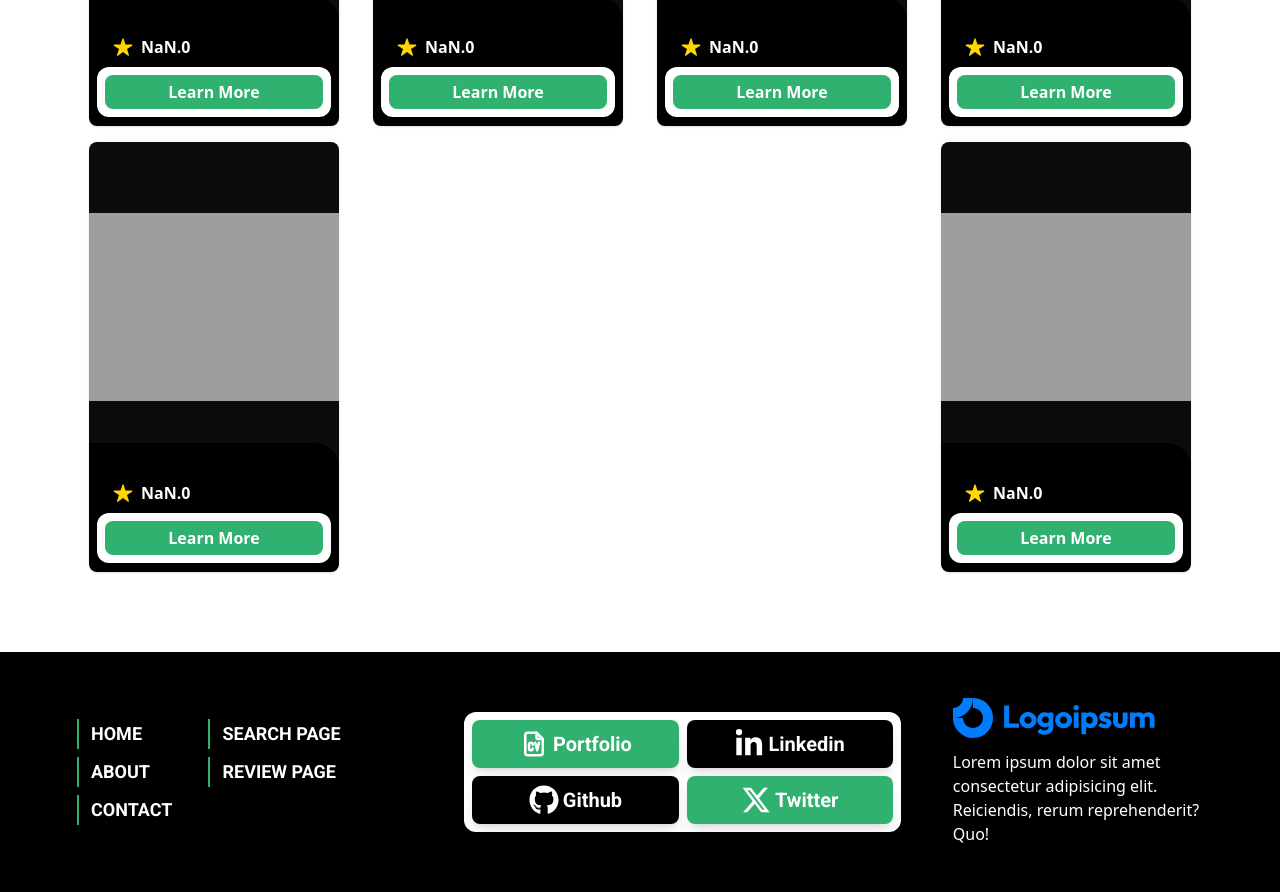
Repository: jayantatech/FrameFlick
Page: /movies
These files come from the project's save history. The page is drawn as it stood at one moment and after the next save; the edit follows.
The browser window is 1280 px wide. The pictures show the part of the page from y = 1096 to 2048 px (the page is 1988 px tall before and 2048 px after).
Pictures or frames that could not be fetched are drawn as grey boxes. The page's requests for data from a server got no answer. The project was rebuilt for these pictures with package versions that can differ from the ones it lists, and the page was loaded fresh each time. No one was signed in, and anything a server would have sent is missing. Also part of the build but not shown: vite.config.js, src/components/header/SearchBar.jsx, src/components/sliderComponent/button.css, src/components/sliderComponent/SliderComponent.jsx, src/pages/home/comingAttractions/ComingAttractions.jsx, src/pages/home/currentFavorites/CurrentFavorites.jsx, src/pages/home/movieGenres/MovieGenres.jsx, src/components/responsiveTitle/responsiveTitle.jsx and 11 more.

Above is the page before, as saved 2024-02-13 18:58:45.

### index.html
<!doctype html>
<html lang="en">

<head>
  <meta charset="UTF-8" />
  <link rel="icon" type="image/svg+xml" href="/vite.svg" />
  <meta name="viewport" content="width=device-width, initial-scale=1.0" />
  <link
    href="https://fonts.googleapis.com/css?family=Roboto:100,100italic,300,300italic,regular,italic,500,500italic,700,700italic,900,900italic"
    rel="stylesheet" />
  <link
    href="https://fonts.googleapis.com/css?family=Poppins:100,100italic,200,200italic,300,300italic,regular,italic,500,500italic,600,600italic,700,700italic,800,800italic,900,900italic"
    rel="stylesheet" />
  <title>Vite + React</title>
</head>

<body>
  <div id="root"></div>
  <script type="module" src="/src/main.jsx"></script>
</body>

</html>

### src/main.jsx
import React from "react";
import ReactDOM from "react-dom/client";
import App from "./App.jsx";
import "./index.css";
import { Provider } from "react-redux";
import store from "./store/Store.js";

ReactDOM.createRoot(document.getElementById("root")).render(
  <React.StrictMode>
    <Provider store={store}>
      <App />
    </Provider>
  </React.StrictMode>
);

### src/App.jsx
import React, { useEffect } from "react";
import ContentWrapper from "./components/contentWrapper/ContentWrapper";
import Header from "./components/header/Header";
import SearchBar from "./components/header/SearchBar";
import { fetchDataFromApi } from "./Utils/api";
import { useDispatch, useSelector } from "react-redux";
import { setFilmGenres, setUrl } from "./store/HomeSlice";
import Home from "./pages/home/Home";
import fetchData from "./components/hooks/fetchData";
import VideoPopBox from "./components/videoPopBox/VideoPopBox";
import Footer from "./components/footer/Footer";
import ReviewPage from "./pages/reviewPage/ReviewPage";
import { BrowserRouter, Route, Routes } from "react-router-dom";
import MoviePage from "./pages/moviePage/MoviePage";

/*
main green color - #58DAA8
2nd main color - #30b170
light green color - #E6FFF8
deep Green color - #409E7A
deep Green color 2 - #5EBEA3

*/

const App = () => {
  const { data, loading } = fetchData("configuration");

  const dispatch = useDispatch();
  useEffect(() => {
    dispatch(setUrl(`${data?.images.secure_base_url + "original"}`));
  }, [data]);

  const { data: genresData, loading: genresLoading } = fetchData(
    `genre/movie/list?language=en`
  );
  useEffect(() => {
    dispatch(setFilmGenres(genresData && genresData?.genres));
  }, [genresData]);

  return (
    <BrowserRouter>
      <VideoPopBox />
      <Header />
      <Routes>
        <Route path="/" element={<Home />} />
        <Route path="/review/:film/:id" element={<ReviewPage />} />
        <Route path="/movies" element={<MoviePage />} />
      </Routes>
      {/* <div className=" w-full h-[800px]"></div> */}
      <Footer />
    </BrowserRouter>
  );
};

export default App;

### src/components/contentWrapper/ContentWrapper.jsx
import React from "react";

const ContentWrapper = ({ children }) => {
  return <div className="w-full max-w-[1158px] mx-auto px-4">{children}</div>;
};

export default ContentWrapper;

### src/components/hooks/fetchData.jsx
import React, { useEffect, useState } from "react";
import { fetchDataFromApi } from "../../Utils/api";

const fetchData = (url) => {
  const [data, setData] = useState(null);
  const [loading, setLoading] = useState(null);
  const [error, setError] = useState(null);

  useEffect(() => {
    setLoading(true);
    setData(null);
    setError(null);
    fetchDataFromApi(url)
      .then((res) => {
        if (res?.status === 404) {
          throw new Error("Videos not found for this video");
        } else {
          return res.json();
        }
      })
      .then((data) => {
        setLoading(false);
        setData(data);
      })
      .catch((error) => setError("Something went wrong"));
  }, [url]);

  return { data, loading, error };
};

export default fetchData;

### src/components/videoPopBox/VideoPopBox.jsx
import React, { useEffect, useState } from "react";
import { IoClose } from "react-icons/io5";
import { useDispatch, useSelector } from "react-redux";
import { setVideoPopBox } from "../../store/HomeSlice";
import ReactPlayer from "react-player";

const VideoPopBox = () => {
  const [activeVideo, setActiveVideo] = useState(false);
  const [videoInfo, setVideoInfo] = useState([]);
  const dispatch = useDispatch();
  const { vidboxOn, vidBoxInfo } = useSelector(
    (state) => state.home.VideoPopBox
  );
  useEffect(() => {
    if (vidboxOn) setActiveVideo(vidboxOn);
    if (vidBoxInfo) setVideoInfo(vidBoxInfo);
  }, [vidboxOn, vidBoxInfo]);

  // useEffect(() => {
  //   if (activeVideo) {
  //     document.body.style.overflow = "hidden";
  //   } else {
  //     document.body.style.overflow = "auto";
  //   }
  // }, [activeVideo]);

  function hideVideoBox() {
    dispatch(setVideoPopBox([{ vidBoxOnPass: false, vidBoxInfoPass: {} }]));
    setActiveVideo(false);
  }

  return (
    <div
      className={` fixed w-screen h-screen top-0 left-0 ${
        activeVideo ? "block z-40" : "hidden -z-0"
      }`}
    >
      <div
        className={` relative top-0 left-0 min-h-screen min-w-screen flex items-center justify-center overflow-hidden`}
      >
        <div
          className=" absolute top-0 left-0 w-full h-full bg-[#000000af]"
          onClick={hideVideoBox}
        ></div>
        <div
          className={`w-[840px] h-[540px] max-lg:w-[660px] max-lg:h-[440px] max-md:w-[360px] max-md:h-[240px] bg-[#fff] shadow-xl rounded-xl py-4 px-4 relative transition-all duration-300 ${
            activeVideo ? "translate-y-[0%]" : "translate-y-[150%]"
          }`}
        >
          <div
            className=" w-[50px] h-[50px] bg-[#30B170] hover:bg-[#58DAA8] text-black hover:text-gray-600  absolute -top-5 -right-5 rounded-full flex items-center justify-center text-4xl cursor-pointer"
            onClick={hideVideoBox}
          >
            <IoClose />
          </div>
          <div className=" w-full h-full bg-black">
            {videoInfo && (
              <ReactPlayer
                url={`https://www.youtube.com/watch?v=${videoInfo?.key}`}
                width={"100%"}
                height={"100%"}
              />
            )}
          </div>
        </div>
      </div>
    </div>
  );
};

export default VideoPopBox;

### src/pages/moviePage/MoviePage.jsx
import React from "react";
import HeroMovie from "./heroMovie/HeroMovie";
import AllMovies from "./allMovies/AllMovies";

const MoviePage = () => {
  return (
    <div>
      <HeroMovie />
      <AllMovies />
    </div>
  );
};

export default MoviePage;

### src/pages/moviePage/heroMovie/HeroMovie.jsx
import React, { useEffect, useState } from "react";
import MyImage from "../../../components/myImage/MyImage";
import fetchData from "../../../components/hooks/fetchData";
import { useSelector } from "react-redux";
import MovieHeroInfo from "../../../components/movieHeroInfo/MovieHeroInfo";

const HeroMovie = () => {
  const [storeGen, setStoreGen] = useState([]);
  const [filmInfo, setFilmInfo] = useState([]);
  const [storeRendom, setStoreRendom] = useState(null);
  const { data, loading } = fetchData(`trending/movie/week`);
  const { url, filmGenres } = useSelector((state) => state.home);

  useEffect(() => {
    let rendomData;
    if (data?.results) {
      const genRanNum = Math.floor(Math.random() * 19);
      rendomData = data?.results[genRanNum];
      setStoreRendom(rendomData);
      console.log(data);
    }
  }, [data]);

  // let testData = storeRendom && storeRendom;
  let movieHeroData = storeRendom && storeRendom;
  useEffect(() => {
    let storeGenNum = [];
    if (movieHeroData) {
      filmGenres?.forEach((element) => {
        if (movieHeroData?.genre_ids.includes(element?.id)) {
          storeGenNum.push(element);
        }
      });
    }
    setStoreGen(storeGenNum);
  }, [filmGenres, movieHeroData]);
  console.log(storeGen);
  return (
    <div className=" w-full h-[590px] max-md:h-[670px] bg-black relative">
      <div className=" w-full h-full bg-[#0000005d] absolute top-0 left-0 z-10"></div>
      <div className=" overflow-hidden w-full h-full absolute top-0 left-0 z-0 ">
        <MyImage
          src={`${url}${!loading && movieHeroData?.backdrop_path}`}
          className={"max-lg:scale-150 max-md:scale-[4]"}
        />
      </div>
      <MovieHeroInfo movieHeroData={movieHeroData} storeGen={storeGen} />
    </div>
  );
};

export default HeroMovie;

### src/pages/moviePage/allMovies/AllMovies.jsx
import React from "react";
import ContentWrapper from "../../../components/contentWrapper/ContentWrapper";
import FilmCard from "../../../components/filmCard/FilmCard";

const AllMovies = () => {
  return (
    <div>
      <ContentWrapper>
        <div className=" py-[60px] px-3">
          <div className=" py-3">
            <h2 className=" capitalize text-3xl font-[Roboto] font-bold">
              our Movie suggestions
            </h2>
          </div>
          <div className=" w-full h-auto flex py-5 flex-row flex-wrap gap-4 items-center justify-between">
            <FilmCard />
            <FilmCard />
            <FilmCard />
            <FilmCard />
            <FilmCard />
            <FilmCard />
          </div>
        </div>
      </ContentWrapper>
    </div>
  );
};

export default AllMovies;

### src/components/myImage/MyImage.jsx
import React from "react";
import { LazyLoadImage } from "react-lazy-load-image-component";
import "react-lazy-load-image-component/src/effects/blur.css";

const MyImage = ({ src, className, alt }) => (
  <div className=" w-full min-h-full flex items-center justify-center overflow-hidden bg-contain">
    <LazyLoadImage
      alt={alt ? alt : "Frameflick"}
      src={src}
      effect="blur"
      width={"100%"}
      height={"100%"}
      className={`${className}`}
    />
  </div>
);

export default MyImage;

### src/components/movieHeroInfo/MovieHeroInfo.jsx
import React, { useEffect, useState } from "react";
import { IoIosStar } from "react-icons/io";
import ContentWrapper from "../contentWrapper/ContentWrapper";
import GenresCard from "../genresCard/GenresCard";
import BothButton from "../bothButton/BothButton";
import ResponsiveTitle from "../responsiveTitle/responsiveTitle";
import ResponsiveText from "../responsiveText/ResponsiveText";
import RattingBox from "../rattingBox/RattingBox";
import DateBox from "../dateBox/DateBox";

const MovieHeroInfo = ({ movieHeroData, storeGen }) => {
  const [storeSlice, setStoreSlice] = useState(null);
  useEffect(() => {
    const slicGen = storeGen && storeGen?.slice(0, 3);
    setStoreSlice(slicGen);
  }, [storeGen]);

  console.log(storeGen);
  return (
    <ContentWrapper>
      <div className=" relative top-0 left-0 w-full h-[590px] max-md:h-[670px] flex items-end justify-center py-4 z-20">
        <div className=" w-full min-h-[270px] max-lg:min-h-[270px] max-md:min-h-[470px] rounded-lg  bg-[#636262] backdrop-filter backdrop-blur-sm bg-opacity-60 p-4 max-lg:px-2 flex flex-row gap-2 max-md:flex-col">
          <div className=" md:w-3/6">
            <h2 className=" text-3xl font-[Roboto] font-bold text-white min-h-[40px]">
              {movieHeroData?.original_title}
            </h2>
            {/* <ResponsiveTitle data={testData} /> */}
            <div className=" w-full h-[40px]  my-2 flex items-center flex-row gap-2 px-2">
              <DateBox data={movieHeroData} />
              <RattingBox data={movieHeroData} />
            </div>
            {
              <div className=" w-full h-[60px] max-md:h-[80px] max-lg:h-[90px] flex items-center justify-start px-2 flex-row gap-2">
                <ResponsiveText data={movieHeroData} upTo={15} />
              </div>
            }
            <div className=" px-2 py-3 flex items-center justify-center gap-2 flex-row">
              <BothButton data={movieHeroData} />
            </div>
          </div>
          <div className=" md:w-3/6 max-h-[210px] max-lg:max-h-[240px] max-md:min-h-[240px] px-3 py-3 flex items-center justify-start gap-6 max-lg:gap-3 flex-wrap flex-col">
            <div className=" w-full py-1 bg-[#000] text-white text-center rounded-md">
              <span className=" font-[Roboto] font-semibold text-lg">
                {" "}
                {movieHeroData?.original_title} Genres
              </span>
            </div>
            <div className=" flex items-center justify-center gap-3 flex-wrap flex-row max-md:flex-row ">
              {storeSlice?.map((item, index) => (
                <GenresCard key={index} item={item} />
              ))}
            </div>
          </div>
        </div>
      </div>
    </ContentWrapper>
  );
};

export default MovieHeroInfo;

### src/components/filmCard/FilmCard.jsx
import React, { useState } from "react";
import { useDispatch, useSelector } from "react-redux";
import { IoStar } from "react-icons/io5";
import fetchData from "../hooks/fetchData";
import { setVideoPopBox } from "../../store/HomeSlice";
import MyImage from "../myImage/MyImage";
import { useLoaderData, useLocation, useNavigate } from "react-router";

const FilmCard = ({ data, loading }) => {
  const [videoBoxActive, setVideoBoxActive] = useState(false);
  const dispatch = useDispatch();
  const { url } = useSelector((state) => state?.home);
  const { currentTabValu } = useSelector((state) => state?.home);

  const { data: newData, loading: newLoading } = fetchData(
    `${currentTabValu}/${data?.id && data?.id}/videos`
  );

  const averageVote = data && data?.vote_average;
  const votePointer = Number(
    data && data?.vote_average.toString().split(".")[1]
  );

  const originalTitle = data?.original_title || data?.name || "";
  let truncatedTitle;

  if (originalTitle.length >= 18) {
    truncatedTitle = originalTitle.slice(0, 18) + "...";
  } else {
    truncatedTitle = originalTitle;
  }

  let newReleaseDate = data?.release_date || data?.first_air_date;
  const oneVideo = newData?.results?.filter((item) => item?.key);
  const oneTrailer = oneVideo && oneVideo[0];
  const releaseDate =
    newReleaseDate &&
    new Intl.DateTimeFormat("en-US", {
      day: "2-digit",
      month: "short",
      year: "2-digit",
    }).format(new Date(newReleaseDate));
  const openVideoBox = () => {
    dispatch(
      setVideoPopBox([{ vidBoxOnPass: true, vidBoxInfoPass: oneTrailer }])
    );
  };
  const navigateNew = useNavigate();
  const location = useLocation();

  const navigateToNewPage = () => {
    navigateNew(`/review/${currentTabValu}/${data?.id}`);
  };

  return (
    <div className="w-[250px] max-lg:max-w-[220px] max-lg:h-[380px] h-[430px] max-md:w-[240px] rounded-lg overflow-hidden shadow cursor-pointer transition-all duration-300 bg-yellow">
      <div className=" w-full h-full relative">
        <div className=" w-full h-[77%] bg-[#000000f3] overflow-hidden">
          {!loading && (
            <MyImage
              src={`${url}${data?.poster_path}`}
              className="w-full h-full"
            />
          )}
        </div>
        <div className="absolute flex flex-col bottom-0 left-0 w-full h-[30%] bg-gradient-to-b from-[#000000] via-[#000000] to-[#000000] p-2 rounded-tr-3xl text-white">
          <div className="w-full h-[30px] overflow-hidden">
            <h3 className=" text-white text-xl font-semibold">
              {truncatedTitle}
            </h3>
          </div>
          <div className=" flex gap-4">
            <p className=" font-bold">{releaseDate}</p>
            <span className=" flex items-center justify-center gap-2 font-bold">
              <span className=" font-bold text-xl text-[#FFD700]">
                <IoStar />
              </span>
              {`${Math.floor(averageVote)}.${
                votePointer ? votePointer.toString().slice(0, 1) : "0"
              }`}
            </span>
          </div>
          <div className=" w-full h-[50px] bg-white px-2 rounded-xl py-2 flex items-center justify-center gap-2 max-lg:gap-1 font-bold mt-2">
            {oneTrailer && (
              <button
                className=" h-full w-full bg-[black] col-span-1 rounded-lg transition-all duration-300 hover:shadow-md hover:scale-105"
                onClick={openVideoBox}
              >
                Trailer
              </button>
            )}
            <button
              className="h-full w-full bg-[#30b170] rounded-lg transition-all duration-300 hover:shadow-md hover:scale-105"
              onClick={navigateToNewPage}
            >
              Learn More
            </button>
          </div>
        </div>
      </div>
    </div>
  );
};

export default FilmCard;

### src/components/responsiveText/ResponsiveText.jsx
import React from "react";

const ResponsiveText = ({ data, upTo = 20 }) => {
  function getTheDescription(description) {
    const words = description.split(" ").slice(0, upTo).join(" ") + "...";
    return words;
  }
  return (
    <p className=" font-[Poppins] text-lg text-white ">
      {data && getTheDescription(data?.overview)}
    </p>
  );
};

export default ResponsiveText;

### src/components/bothButton/BothButton.jsx
import React from "react";
import { useDispatch } from "react-redux";
import { setVideoPopBox } from "../../store/HomeSlice";
import fetchData from "../hooks/fetchData";
import { useNavigate } from "react-router";

const BothButton = ({ data }) => {
  const { data: newData, loading: newLoading } = fetchData(
    `movie/${data?.id && data?.id}/videos`
  );
  const oneVideo = newData?.results?.filter((item) => item?.key);
  const oneTrailer = oneVideo && oneVideo[0];

  const dispatch = useDispatch();
  const openVideoBox = () => {
    dispatch(
      setVideoPopBox([{ vidBoxOnPass: true, vidBoxInfoPass: oneTrailer }])
    );
  };

  const navigateNew = useNavigate();

  const navigateToNewPage = () => {
    navigateNew(`/review/${"movie"}/${data?.id}`);
  };
  return (
    <>
      <button
        className=" w-full h-[50px] max-lg:h-[40px] bg-[#000] rounded-md text-white font-bold text-2xl font-[Roboto] hover:scale-95 transition-all duration-300 max-lg:text-xl"
        onClick={openVideoBox}
      >
        Trailer
      </button>
      <button
        className=" w-full h-[50px] bg-[#30B170] rounded-md text-white font-bold text-2xl font-[Roboto]  hover:scale-95 transition-all duration-300 max-lg:h-[40px] max-lg:text-xl"
        onClick={navigateToNewPage}
      >
        Learn More
      </button>
    </>
  );
};

export default BothButton;

### src/components/rattingBox/RattingBox.jsx
import React from "react";
import { IoStar } from "react-icons/io5";

const RattingBox = ({ data }) => {
  const averageVote = data && data?.vote_average;

  const votePointer = Number(
    data && data?.vote_average.toString().split(".")[1]
  );

  return (
    <>
      {
        <div className=" text-lg font-extrabold font-[Roboto] flex items-center justify-start gap-2 px-2 py-1 rounded-lg bg-white md:w-[150px]  max-md:w-[50%]">
          Rating:
          <span className=" text-[#ffd700] text-2xl flex items-center justify-center font-bold">
            <IoStar />
          </span>
          {averageVote &&
            votePointer &&
            `${Math.floor(averageVote)}.${
              votePointer ? votePointer.toString().slice(0, 1) : "0"
            }`}
        </div>
      }
    </>
  );
};

export default RattingBox;

### src/components/dateBox/DateBox.jsx
import React from "react";

const DateBox = ({ data }) => {
  function timeFormath(timeTo) {
    const releaseDate = new Intl.DateTimeFormat("en-US", {
      day: "2-digit",
      month: "short",
      year: "2-digit",
    }).format(new Date(timeTo));
    return releaseDate;
  }
  return (
    <div className=" text-lg font-extrabold font-[Roboto] flex items-center justify-start gap-2 px-2 py-1 rounded-lg bg-white md:w-[160px] max-md:w-[50%]">
      Data:
      <span className="font-bold max-md:text-base">
        {data && timeFormath(data?.release_date)}
      </span>
    </div>
  );
};

export default DateBox;

Loaded but not shown: src/index.css (common file); tailwind.config.js (common file); src/store/HomeSlice.js (34 lines, source omitted); src/Utils/api.js (20 lines, source omitted); src/store/Store.js (10 lines, source omitted); src/assets/icons/index.js (3 lines, source omitted); src/components/header/Header.jsx (153 lines, source omitted); src/components/footer/Footer.jsx (83 lines, source omitted)

After the next save:
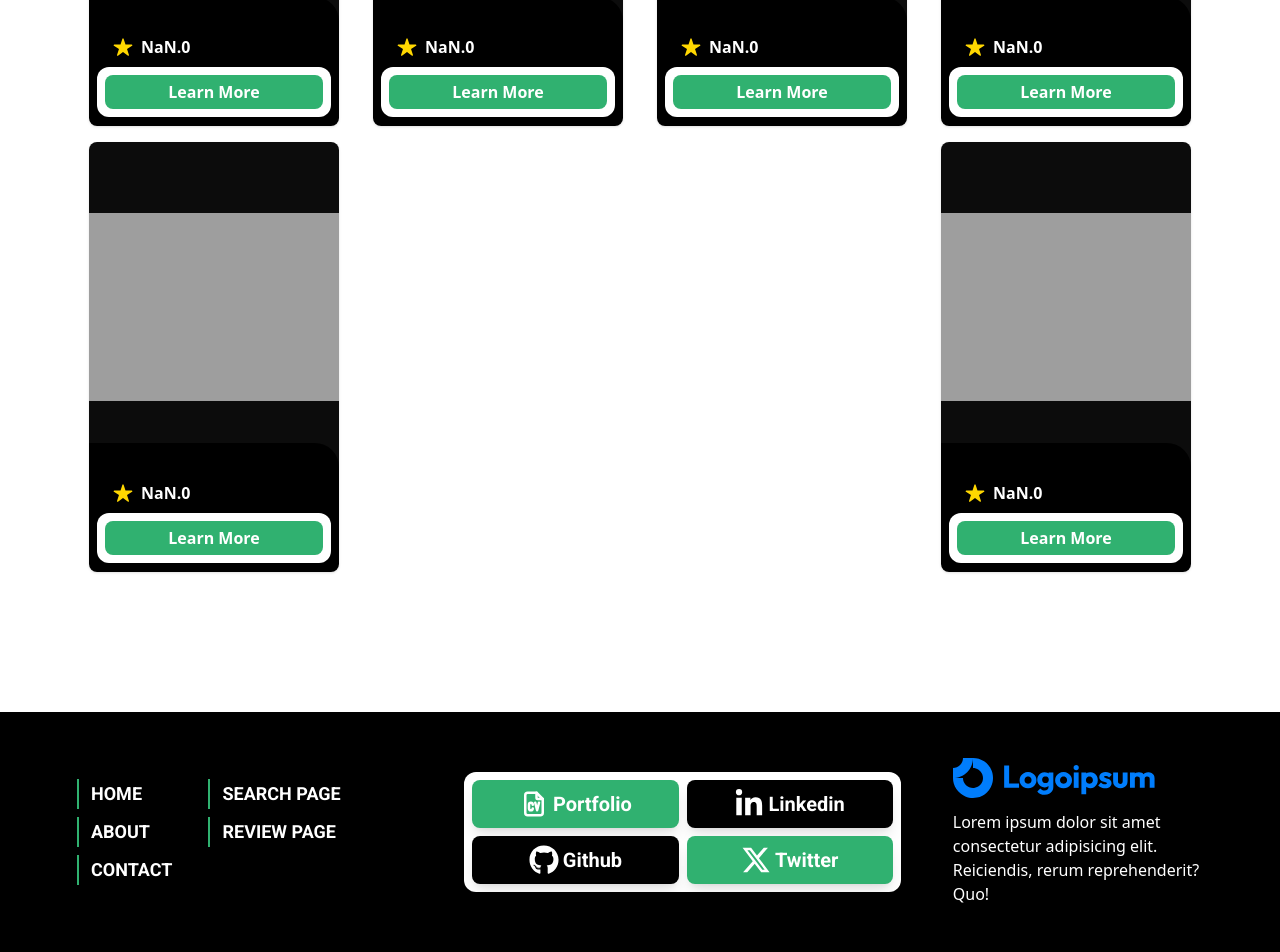
Saved 6 min 55 s later.
--- a/src/pages/moviePage/allMovies/AllMovies.jsx
+++ b/src/pages/moviePage/allMovies/AllMovies.jsx
@@ -20,6 +20,7 @@ const AllMovies = () => {
             <FilmCard />
             <FilmCard />
           </div>
+          <div className=" w-full h-[60px]"></div>
         </div>
       </ContentWrapper>
     </div>
